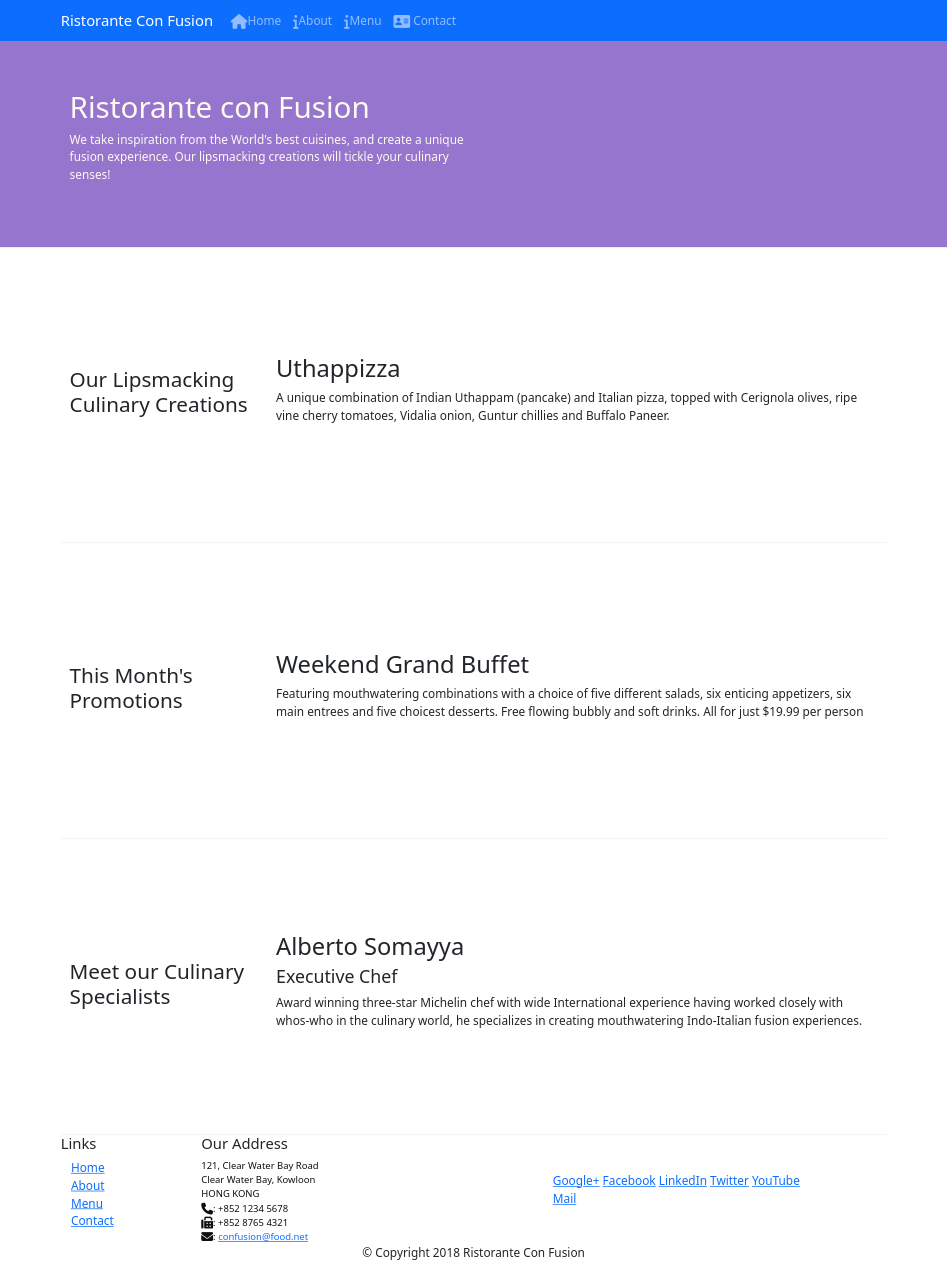
Repository: DungBuiTuan/FER201m
Page: index.html
An editor plug-in stored every save of this project. The page is shown before and after the next save, followed by the edit.
The browser window is 1280 px wide. The pictures show the whole page, at 74% of full size.
Some web libraries are served in a nearby version.

Above is the page before, as saved 2023-05-17 08:30:56.

### index.html
<!DOCTYPE html>
<html lang="en">
  <head>
    <meta charset="utf-8" />
    <meta
      name="viewport"
      content="width=device-width, initial-scale=1, shrink-to-fit=no"
    />
    <meta http-equiv="x-ua-compatible" content="ie=edge" />
    <!-- Bootstrap CSS -->
    <link
      rel="stylesheet"
      href="node_modules/bootstrap/dist/css/bootstrap.min.css"
    />
    <link rel="stylesheet" href="node_modules/font-awesome/css/font-awesome.min.css">
    <link rel="stylesheet" href="node_modules/bootstrap-social/bootstrap-social.css">
    <link href="css/styles.css" rel="stylesheet" />

    <title>Ristorante Con Fusion</title>
  </head>

  <body>
    <nav class="navbar navbar-dark navbar-expand-sm bg-primary fixed-top">
      <div class="container">
        <button
          class="navbar-toggler"
          type="button"
          data-toggle="collapse"
          data-target="#Navbar"
        >
          <span class="navbar-toggler-icon"></span>
        </button>

        <a class="navbar-brand" href="#">Ristorante Con Fusion</a>
        <div class="collase navbar-collapse" id="Navbar">
            <ul class="navbar-nav mr-auto">
                <li class="nav-item active"><a class="nav-link" href="./index.html"><span class="fa fa-home fa-lg"></span>Home</a></li>
                <li class="nav-item">
                  <a class="nav-link" href="./aboutus.html"><span class="fa fa-info fa-lg"></span>About</a>
                </li>
                <li class="nav-item"><a class="nav-link" href="#"><span class="fa fa-info fa-lg"></span>Menu</a></li>
                <li class="nav-item"><a class="nav-link" href="#"><span class="fa fa-address-card fa-lg"></span> Contact</a></li>
              </ul>
        </div>
      </div>
    </nav>

    <header class="jumbotron">
      <div class="container">
        <div class="row row-header">
          <div class="col-12 col-sm-6">
            <h1>Ristorante con Fusion</h1>
            <p>
              We take inspiration from the World's best cuisines, and create a
              unique fusion experience. Our lipsmacking creations will tickle
              your culinary senses!
            </p>
          </div>
          <div class="col-12 col-sm"></div>
        </div>
      </div>
    </header>

    <div class="container">
      <div class="row row-content align-items-center">
        <div class="col-12 col-sm-4 col-md-3">
          <h3>Our Lipsmacking Culinary Creations</h3>
        </div>
        <div class="col col-sm col-md">
          <h2>Uthappizza</h2>
          <p>
            A unique combination of Indian Uthappam (pancake) and Italian pizza,
            topped with Cerignola olives, ripe vine cherry tomatoes, Vidalia
            onion, Guntur chillies and Buffalo Paneer.
          </p>
        </div>
      </div>

      <div class="row row-content align-items-center">
        <div class="col-12 col-sm-4 col-md-3">
          <h3>This Month's Promotions</h3>
        </div>
        <div class="col col-sm col-md">
          <h2>Weekend Grand Buffet</h2>
          <p>
            Featuring mouthwatering combinations with a choice of five different
            salads, six enticing appetizers, six main entrees and five choicest
            desserts. Free flowing bubbly and soft drinks. All for just $19.99
            per person
          </p>
        </div>
      </div>

      <div class="row row-content align-items-center">
        <div class="col-12 col-sm-4 col-md-3">
          <h3>Meet our Culinary Specialists</h3>
        </div>
        <div class="col col-sm col-md">
          <h2>Alberto Somayya</h2>
          <h4>Executive Chef</h4>
          <p>
            Award winning three-star Michelin chef with wide International
            experience having worked closely with whos-who in the culinary
            world, he specializes in creating mouthwatering Indo-Italian fusion
            experiences.
          </p>
        </div>
      </div>
    </div>

    <footer class="footer">
      <div class="container">
        <div class="row">
          <div class="col-4 col-sm-2">
            <h5>Links</h5>
            <ul class="col-4 offset-1 col-sm-2 list-unstyled">
              <li><a href="BTgrid.html">Home</a></li>
              <li><a href="#">About</a></li>
              <li><a href="#">Menu</a></li>
              <li><a href="#">Contact</a></li>
            </ul>
          </div>
          <div class="col-7 col-sm-5">
            <h5>Our Address</h5>
            <address>
                121, Clear Water Bay Road<br />
                Clear Water Bay, Kowloon<br />
                HONG KONG<br />
                <i class="fa fa-phone fa-lg"></i>: +852 1234 5678<br>
                <i class="fa fa-fax fa-lg"></i>: +852 8765 4321<br>
                <i class="fa fa-envelope fa-lg"></i>:
                <a href="mailto:confusion@food.net">confusion@food.net</a>

              </address>
          </div>
          <div class="col-12 col-sm-4 align-self-center">
            <div>
              <a href="http://google.com/+">Google+</a>
              <a href="http://www.facebook.com/profile.php?id=">Facebook</a>
              <a href="http://www.linkedin.com/in/">LinkedIn</a>
              <a href="http://twitter.com/">Twitter</a>
              <a href="http://youtube.com/">YouTube</a>
              <a href="mailto:">Mail</a>
            </div>
          </div>
        </div>
        <div class="row justify-content-center">
          <div class="col-auto">
            <p>© Copyright 2018 Ristorante Con Fusion</p>
          </div>
        </div>
      </div>
    </footer>
    <!-- jQuery first, then Popper.js, then Bootstrap JS. -->
    <script src="node_modules/jquery/dist/jquery.slim.min.js"></script>
    <script src="node_modules/popper.js/dist/umd/popper.min.js"></script>
    <script src="node_modules/bootstrap/dist/js/bootstrap.min.js"></script>
  </body>
</html>

### css/styles.css
body{
    padding:50px 0px 0px 0px;
    z-index:0;
}

.navbar-dark {
     background-color: #512DA8;
}

.row-header{
    margin:0px auto;
    padding:0px;
}

.row-content {
    margin:0px auto;
    padding: 50px 0px 50px 0px;
    border-bottom: 1px ridge;
    min-height:400px;
}
•
.footer{
    background-color: #D1C4E9;
    margin:0px auto;
    padding: 20px 0px 20px 0px;
}

.jumbotron {
    padding:70px 30px 70px 30px;
    margin:0px auto;
    background: #9575CD ;
    color:floralwhite;
}

address{
    font-size:80%;
    margin:0px;
    color:#0f0f0f;
}

Loaded but not shown: LAB1/bootstrap-social.css (library)

After the next save:
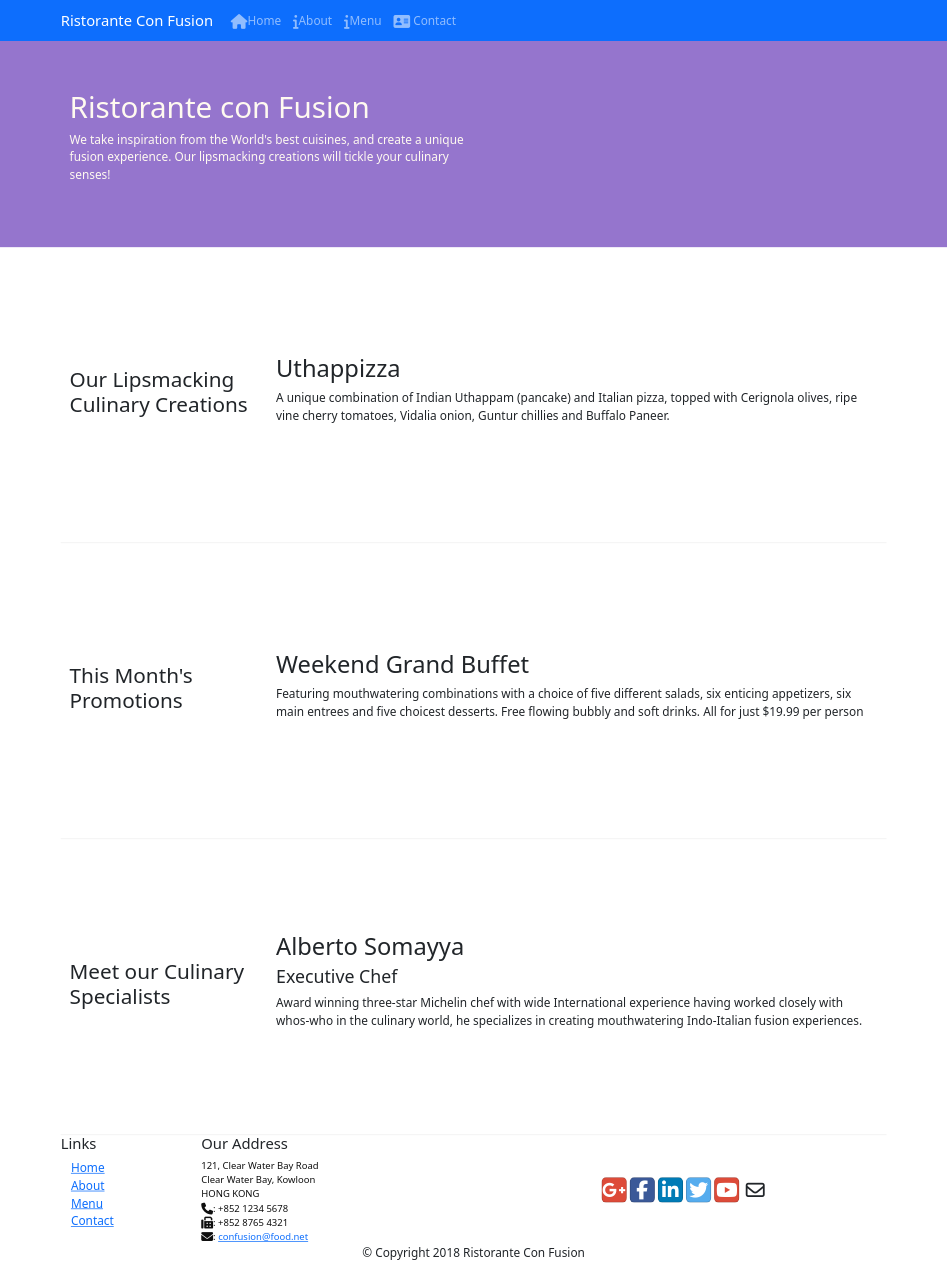
Saved 77 s later.
--- a/index.html
+++ b/index.html
@@ -134,14 +134,14 @@
               </address>
           </div>
           <div class="col-12 col-sm-4 align-self-center">
-            <div>
-              <a href="http://google.com/+">Google+</a>
-              <a href="http://www.facebook.com/profile.php?id=">Facebook</a>
-              <a href="http://www.linkedin.com/in/">LinkedIn</a>
-              <a href="http://twitter.com/">Twitter</a>
-              <a href="http://youtube.com/">YouTube</a>
-              <a href="mailto:">Mail</a>
-            </div>
+            <div class="text-center">
+                <a class="btn btn-social-icon btn-google" href="http://google.com/+"><i class="fa fa-google-plus"></i></a>
+                <a class="btn btn-social-icon btn-facebook" href="http://www.facebook.com/profile.php?id="><i class="fa fa-facebook"></i></a>
+                <a class="btn btn-social-icon btn-linkedin" href="http://www.linkedin.com/in/"><i class="fa fa-linkedin"></i></a>
+                <a class="btn btn-social-icon btn-twitter" href="http://twitter.com/"><i class="fa fa-twitter"></i></a>
+                <a class="btn btn-social-icon btn-google" href="http://youtube.com/"><i class="fa fa-youtube"></i></a>
+                <a class="btn btn-social-icon" href="mailto:"><i class="fa fa-envelope-o"></i></a>
+                </div>
           </div>
         </div>
         <div class="row justify-content-center">
